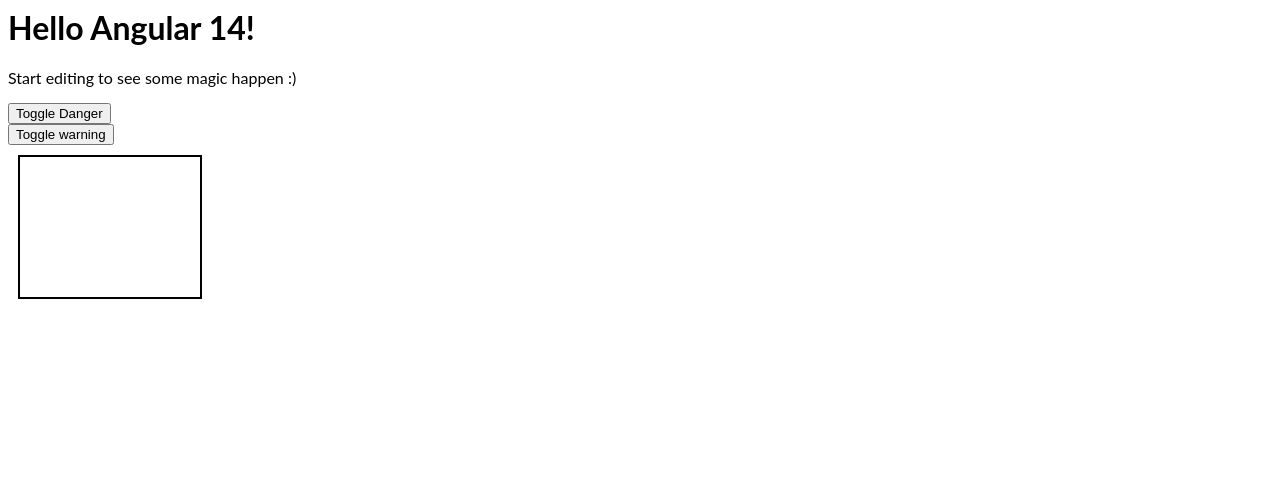
Repository: leduc24/baitap-angular100day
Page: / (app in angular_bai6/)
An editor plug-in stored every save of this project. The page is shown before and after the next save, followed by the edit.
The browser window is 1280 px wide. The pictures show the whole page.
The project was rebuilt for these pictures with package versions that can differ from the ones it lists, and the page was loaded fresh each time. Also part of the build but not shown: angular_bai6/angular.json.

Above is the page before, as saved 2022-07-03 15:45:02.

After the next save:
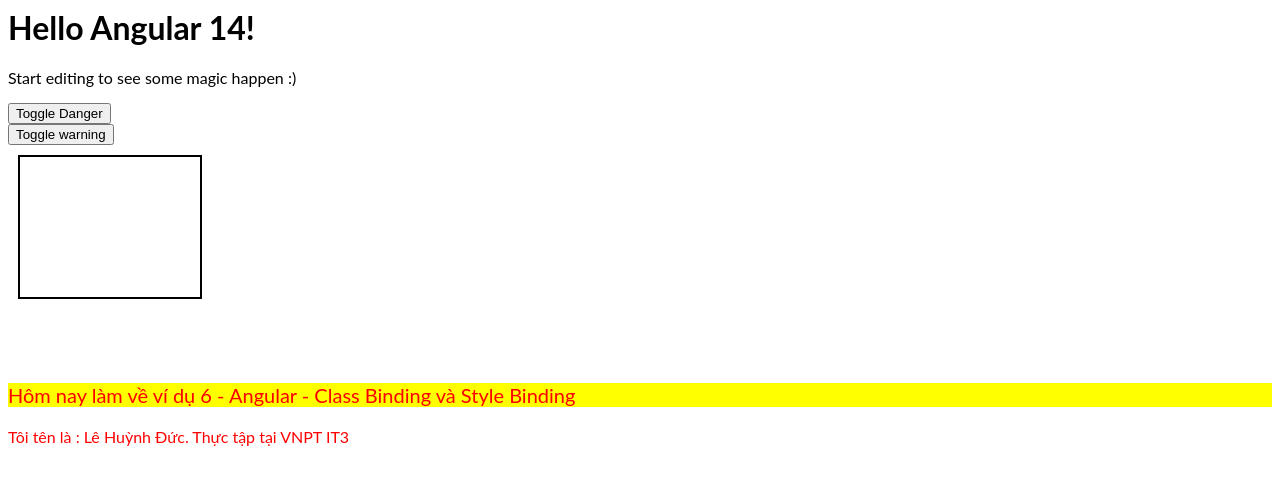
Saved 107 min 30 s later.
--- a/angular_bai6/src/app/app.component.html
+++ b/angular_bai6/src/app/app.component.html
@@ -18,10 +18,24 @@
 
  Dùng array: <div class = "box" [class] = "['red-border','yellow-background']"></div>
  Dùng Object: <div class = "box" [class] = "{'red-border': isDanger, 'yellow-background': isWarning}"></div>
-
+ Dùng classes: <div [class] = "classes" ></div>
  - [class.ten-class]
  - [class] = "array"
- - [class] = "object"
+ - [class] = "object" {[ten-class: string : boolean]}
+ - [class] = "variable"
 
 -->
 <div class = "box" [class.red-border] = "isDanger" [class.yellow-background] = "isWarning"></div>
+<br> <br> <br>
+<!--
+  - [style.tenStyle]
+  - [style.ten-style]
+  - [style.tenStyle.unitl]
+
+-->
+<p [style.color] = "'red'" [style.backgroundColor] = "'yellow'" [style.fontSize.px] = "20">
+ Hôm nay làm về ví dụ 6 - Angular - Class Binding và Style Binding
+</p>
+<p style="color:red " >
+ Tôi tên là : Lê Huỳnh Đức. Thực tập tại VNPT IT3
+</p>
